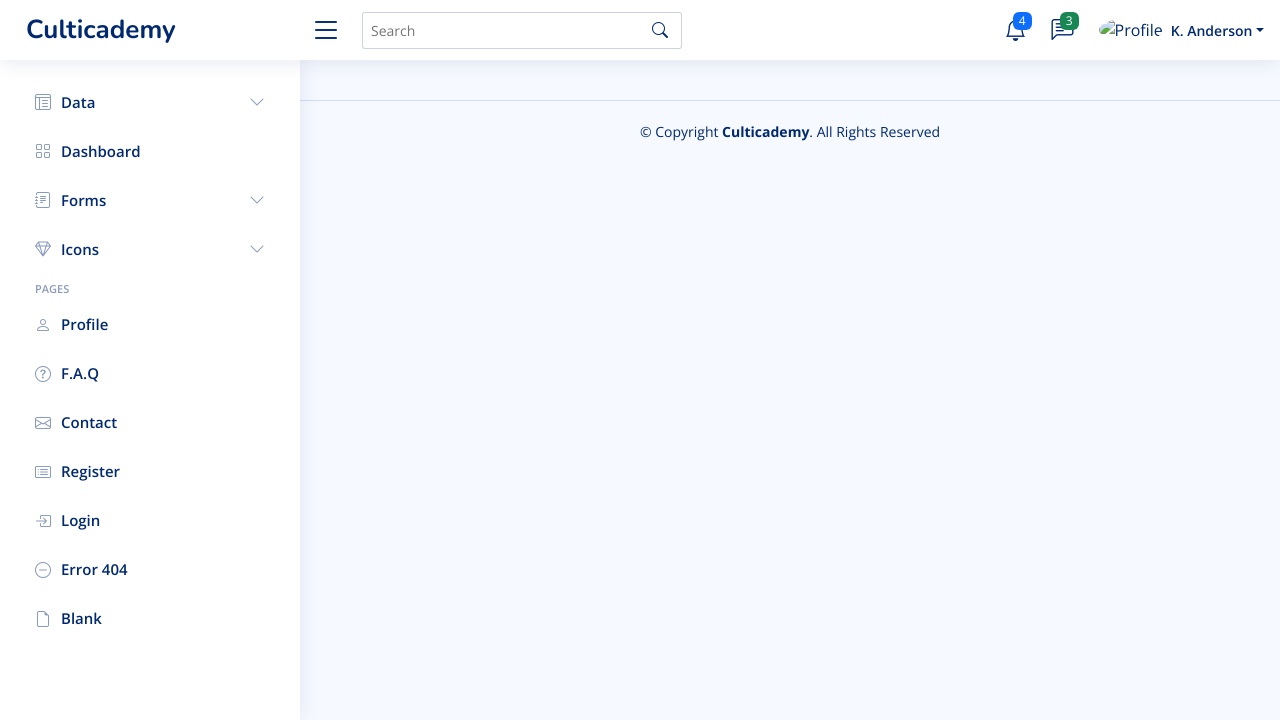
Repository: Jistoper/car_rental
Page: http://localhost/dashboard
An editor plug-in stored every save of this project. The page is shown before and after the next save, followed by the edit.
The browser window is 1280 px wide. The pictures show the whole page.
The page is served by the project's Laravel application, run on PHP 8.4 with Laravel 9. Other server files are loaded and not shown.

Above is the page before, as saved 2023-06-22 12:48:37.

### routes/web.php
<?php

use Illuminate\Support\Facades\Route;
use App\Http\Controllers\carcontroller;

/*
|--------------------------------------------------------------------------
| Web Routes
|--------------------------------------------------------------------------
|
| Here is where you can register web routes for your application. These
| routes are loaded by the RouteServiceProvider within a group which
| contains the "web" middleware group. Now create something great!
|
*/

Route::get('/dashboard', function () {
    return view('backsite.dashboard');
})->name('dashboard');

Route::controller(CarController::class)->as('car.')->group(function(){
    Route::get('/car', 'getall')->name('getall');
    Route::post('/create', 'create')->name('create');
});

### resources/views/backsite/partials/header.blade.php
<header id="header" class="header fixed-top d-flex align-items-center">
    <div class="d-flex align-items-center justify-content-between">
      <a href="{{ route('dashboard') }}" class="logo d-flex align-items-center">
        <img src="assets/img/logo.png" alt="">
        <span class="d-none d-lg-block">Culticademy</span>
      </a>
      <i class="bi bi-list toggle-sidebar-btn"></i>
    </div><!-- End Logo -->

    <div class="search-bar">
      <form class="search-form d-flex align-items-center" method="POST" action="#">
        <input type="text" name="query" placeholder="Search" title="Enter search keyword">
        <button type="submit" title="Search"><i class="bi bi-search"></i></button>
      </form>
    </div><!-- End Search Bar -->

    <nav class="header-nav ms-auto">
      <ul class="d-flex align-items-center">

        <li class="nav-item d-block d-lg-none">
          <a class="nav-link nav-icon search-bar-toggle " href="#">
            <i class="bi bi-search"></i>
          </a>
        </li><!-- End Search Icon-->

        <li class="nav-item dropdown">

          <a class="nav-link nav-icon" href="#" data-bs-toggle="dropdown">
            <i class="bi bi-bell"></i>
            <span class="badge bg-primary badge-number">4</span>
          </a><!-- End Notification Icon -->

          <ul class="dropdown-menu dropdown-menu-end dropdown-menu-arrow notifications">
            <li class="dropdown-header">
              You have 4 new notifications
              <a href="#"><span class="badge rounded-pill bg-primary p-2 ms-2">View all</span></a>
            </li>
            <li>
              <hr class="dropdown-divider">
            </li>

            <li class="notification-item">
              <i class="bi bi-exclamation-circle text-warning"></i>
              <div>
                <h4>Lorem Ipsum</h4>
                <p>Quae dolorem earum veritatis oditseno</p>
                <p>30 min. ago</p>
              </div>
            </li>

            <li>
              <hr class="dropdown-divider">
            </li>

            <li class="notification-item">
              <i class="bi bi-x-circle text-danger"></i>
              <div>
                <h4>Atque rerum nesciunt</h4>
                <p>Quae dolorem earum veritatis oditseno</p>
                <p>1 hr. ago</p>
              </div>
            </li>

            <li>
              <hr class="dropdown-divider">
            </li>

            <li class="notification-item">
              <i class="bi bi-check-circle text-success"></i>
              <div>
                <h4>Sit rerum fuga</h4>
                <p>Quae dolorem earum veritatis oditseno</p>
                <p>2 hrs. ago</p>
              </div>
            </li>

            <li>
              <hr class="dropdown-divider">
            </li>

            <li class="notification-item">
              <i class="bi bi-info-circle text-primary"></i>
              <div>
                <h4>Dicta reprehenderit</h4>
                <p>Quae dolorem earum veritatis oditseno</p>
                <p>4 hrs. ago</p>
              </div>
            </li>

            <li>
              <hr class="dropdown-divider">
            </li>
            <li class="dropdown-footer">
              <a href="#">Show all notifications</a>
            </li>

          </ul><!-- End Notification Dropdown Items -->

        </li><!-- End Notification Nav -->

        <li class="nav-item dropdown">

          <a class="nav-link nav-icon" href="#" data-bs-toggle="dropdown">
            <i class="bi bi-chat-left-text"></i>
            <span class="badge bg-success badge-number">3</span>
          </a><!-- End Messages Icon -->

          <ul class="dropdown-menu dropdown-menu-end dropdown-menu-arrow messages">
            <li class="dropdown-header">
              You have 3 new messages
              <a href="#"><span class="badge rounded-pill bg-primary p-2 ms-2">View all</span></a>
            </li>
            <li>
              <hr class="dropdown-divider">
            </li>

            <li class="message-item">
              <a href="#">
                <img src="assets/img/messages-1.jpg" alt="" class="rounded-circle">
                <div>
                  <h4>Maria Hudson</h4>
                  <p>Velit asperiores et ducimus soluta repudiandae labore officia est ut...</p>
                  <p>4 hrs. ago</p>
                </div>
              </a>
            </li>
            <li>
              <hr class="dropdown-divider">
            </li>

            <li class="message-item">
              <a href="#">
                <img src="assets/img/messages-2.jpg" alt="" class="rounded-circle">
                <div>
                  <h4>Anna Nelson</h4>
                  <p>Velit asperiores et ducimus soluta repudiandae labore officia est ut...</p>
                  <p>6 hrs. ago</p>
                </div>
              </a>
            </li>
            <li>
              <hr class="dropdown-divider">
            </li>

            <li class="message-item">
              <a href="#">
                <img src="assets/img/messages-3.jpg" alt="" class="rounded-circle">
                <div>
                  <h4>David Muldon</h4>
                  <p>Velit asperiores et ducimus soluta repudiandae labore officia est ut...</p>
                  <p>8 hrs. ago</p>
                </div>
              </a>
            </li>
            <li>
              <hr class="dropdown-divider">
            </li>

            <li class="dropdown-footer">
              <a href="#">Show all messages</a>
            </li>

          </ul><!-- End Messages Dropdown Items -->

        </li><!-- End Messages Nav -->

        <li class="nav-item dropdown pe-3">

          <a class="nav-link nav-profile d-flex align-items-center pe-0" href="#" data-bs-toggle="dropdown">
            <img src="assets/img/profile-img.jpg" alt="Profile" class="rounded-circle">
            <span class="d-none d-md-block dropdown-toggle ps-2">K. Anderson</span>
          </a><!-- End Profile Iamge Icon -->

          <ul class="dropdown-menu dropdown-menu-end dropdown-menu-arrow profile">
            <li class="dropdown-header">
              <h6>Kevin Anderson</h6>
              <span>Web Designer</span>
            </li>
            <li>
              <hr class="dropdown-divider">
            </li>

            <li>
              <a class="dropdown-item d-flex align-items-center" href="users-profile.html">
                <i class="bi bi-person"></i>
                <span>My Profile</span>
              </a>
            </li>
            <li>
              <hr class="dropdown-divider">
            </li>

            <li>
              <a class="dropdown-item d-flex align-items-center" href="users-profile.html">
                <i class="bi bi-gear"></i>
                <span>Account Settings</span>
              </a>
            </li>
            <li>
              <hr class="dropdown-divider">
            </li>

            <li>
              <a class="dropdown-item d-flex align-items-center" href="pages-faq.html">
                <i class="bi bi-question-circle"></i>
                <span>Need Help?</span>
              </a>
            </li>
            <li>
              <hr class="dropdown-divider">
            </li>

            <li>
              <a class="dropdown-item d-flex align-items-center" href="#">
                <i class="bi bi-box-arrow-right"></i>
                <span>Sign Out</span>
              </a>
            </li>

          </ul><!-- End Profile Dropdown Items -->
        </li><!-- End Profile Nav -->

      </ul>
    </nav><!-- End Icons Navigation -->
</header>

### resources/views/backsite/partials/sidebar.blade.php
<aside id="sidebar" class="sidebar">

    <ul class="sidebar-nav" id="sidebar-nav">

      <li class="nav-item">
        <a class="sidebar-link nav-link collapsed" data-bs-target="#tables-nav" data-bs-toggle="collapse" href="#">
          <i class="bi bi-layout-text-window-reverse"></i><span>Data</span><i class="bi bi-chevron-down ms-auto"></i>
        </a>
        <ul id="tables-nav" class="nav-content collapse " data-bs-parent="#sidebar-nav">
          <li>
            <a href="{{ route('car.getall') }}">
              <i class="bi bi-circle"></i><span>Cars</span>
            </a>
          </li>
          <li>
            <a href="{{ route('dashboard') }}">
              <i class="bi bi-circle"></i><span>Data Tables</span>
            </a>
          </li>
        </ul>
      </li><!-- End Tables Nav -->

      <li class="nav-item">
        <a class="sidebar-link nav-link collapsed" href="{{ route('dashboard') }}">
          <i class="bi bi-grid"></i>
          <span>Dashboard</span>
        </a>
      </li><!-- End Dashboard Nav -->

      <li class="nav-item">
        <a class="nav-link collapsed" data-bs-target="#forms-nav" data-bs-toggle="collapse" href="#">
          <i class="bi bi-journal-text"></i><span>Forms</span><i class="bi bi-chevron-down ms-auto"></i>
        </a>
        <ul id="forms-nav" class="nav-content collapse " data-bs-parent="#sidebar-nav">
          <li>
            <a href="forms-elements.html">
              <i class="bi bi-circle"></i><span>Form Elements</span>
            </a>
          </li>
          <li>
            <a href="forms-layouts.html">
              <i class="bi bi-circle"></i><span>Form Layouts</span>
            </a>
          </li>
          <li>
            <a href="forms-editors.html">
              <i class="bi bi-circle"></i><span>Form Editors</span>
            </a>
          </li>
          <li>
            <a href="forms-validation.html">
              <i class="bi bi-circle"></i><span>Form Validation</span>
            </a>
          </li>
        </ul>
      </li><!-- End Forms Nav -->

      <li class="nav-item">
        <a class="nav-link collapsed" data-bs-target="#icons-nav" data-bs-toggle="collapse" href="#">
          <i class="bi bi-gem"></i><span>Icons</span><i class="bi bi-chevron-down ms-auto"></i>
        </a>
        <ul id="icons-nav" class="nav-content collapse " data-bs-parent="#sidebar-nav">
          <li>
            <a href="icons-bootstrap.html">
              <i class="bi bi-circle"></i><span>Bootstrap Icons</span>
            </a>
          </li>
          <li>
            <a href="icons-remix.html">
              <i class="bi bi-circle"></i><span>Remix Icons</span>
            </a>
          </li>
          <li>
            <a href="icons-boxicons.html">
              <i class="bi bi-circle"></i><span>Boxicons</span>
            </a>
          </li>
        </ul>
      </li><!-- End Icons Nav -->

      <li class="nav-heading">Pages</li>

      <li class="nav-item">
        <a class="nav-link collapsed" href="users-profile.html">
          <i class="bi bi-person"></i>
          <span>Profile</span>
        </a>
      </li><!-- End Profile Page Nav -->

      <li class="nav-item">
        <a class="nav-link collapsed" href="pages-faq.html">
          <i class="bi bi-question-circle"></i>
          <span>F.A.Q</span>
        </a>
      </li><!-- End F.A.Q Page Nav -->

      <li class="nav-item">
        <a class="nav-link collapsed" href="pages-contact.html">
          <i class="bi bi-envelope"></i>
          <span>Contact</span>
        </a>
      </li><!-- End Contact Page Nav -->

      <li class="nav-item">
        <a class="nav-link collapsed" href="pages-register.html">
          <i class="bi bi-card-list"></i>
          <span>Register</span>
        </a>
      </li><!-- End Register Page Nav -->

      <li class="nav-item">
        <a class="nav-link collapsed" href="pages-login.html">
          <i class="bi bi-box-arrow-in-right"></i>
          <span>Login</span>
        </a>
      </li><!-- End Login Page Nav -->

      <li class="nav-item">
        <a class="nav-link collapsed" href="pages-error-404.html">
          <i class="bi bi-dash-circle"></i>
          <span>Error 404</span>
        </a>
      </li><!-- End Error 404 Page Nav -->

      <li class="nav-item">
        <a class="nav-link collapsed" href="pages-blank.html">
          <i class="bi bi-file-earmark"></i>
          <span>Blank</span>
        </a>
      </li><!-- End Blank Page Nav -->

    </ul>

  </aside><!-- End Sidebar-->

### public/assets/simple-datatables/style.css
.datatable-wrapper.no-header .datatable-container {
	border-top: 1px solid #d9d9d9;
}

.datatable-wrapper.no-footer .datatable-container {
	border-bottom: 1px solid #d9d9d9;
}

.datatable-top,
.datatable-bottom {
	padding: 8px 10px;
}

.datatable-top > nav:first-child,
.datatable-top > div:first-child,
.datatable-bottom > nav:first-child,
.datatable-bottom > div:first-child {
	float: left;
}

.datatable-top > nav:last-child,
.datatable-top > div:last-child,
.datatable-bottom > nav:last-child,
.datatable-bottom > div:last-child {
	float: right;
}

.datatable-selector {
	padding: 6px;
}

.datatable-input {
	padding: 6px 12px;
}

.datatable-info {
	margin: 7px 0;
}

/* PAGER */
.datatable-pagination ul {
	margin: 0;
	padding-left: 0;
}

.datatable-pagination li {
	list-style: none;
	float: left;
}

.datatable-pagination li.datatable-hidden {
    visibility: hidden;
}

.datatable-pagination a {
	border: 1px solid transparent;
	float: left;
	margin-left: 2px;
	padding: 6px 12px;
	position: relative;
	text-decoration: none;
	color: #333;
    cursor: pointer;
}

.datatable-pagination a:hover {
	background-color: #d9d9d9;
}

.datatable-pagination .datatable-active a,
.datatable-pagination .datatable-active a:focus,
.datatable-pagination .datatable-active a:hover {
	background-color: #d9d9d9;
	cursor: default;
}

.datatable-pagination .datatable-ellipsis a,
.datatable-pagination .datatable-disabled a,
.datatable-pagination .datatable-disabled a:focus,
.datatable-pagination .datatable-disabled a:hover {
    pointer-events: none;
    cursor: default;
}

.datatable-pagination .datatable-disabled a,
.datatable-pagination .datatable-disabled a:focus,
.datatable-pagination .datatable-disabled a:hover {
	cursor: not-allowed;
	opacity: 0.4;
}

.datatable-pagination .datatable-pagination a {
	font-weight: bold;
}

/* TABLE */
.datatable-table {
	max-width: 100%;
	width: 100%;
	border-spacing: 0;
	border-collapse: separate;
}

.datatable-table > tbody > tr > td,
.datatable-table > tbody > tr > th,
.datatable-table > tfoot > tr > td,
.datatable-table > tfoot > tr > th,
.datatable-table > thead > tr > td,
.datatable-table > thead > tr > th {
	vertical-align: top;
	padding: 8px 10px;
}

.datatable-table > thead > tr > th {
	vertical-align: bottom;
	text-align: left;
	border-bottom: 1px solid #d9d9d9;
}

.datatable-table > tfoot > tr > th {
	vertical-align: bottom;
	text-align: left;
	border-top: 1px solid #d9d9d9;
}

.datatable-table th {
	vertical-align: bottom;
	text-align: left;
}

.datatable-table th a {
	text-decoration: none;
	color: inherit;
}

.datatable-sorter, .datatable-filter {
	display: inline-block;
	height: 100%;
	position: relative;
	width: 100%;
}

.datatable-sorter::before,
.datatable-sorter::after {
	content: "";
	height: 0;
	width: 0;
	position: absolute;
	right: 4px;
	border-left: 4px solid transparent;
	border-right: 4px solid transparent;
	opacity: 0.2;
}


.datatable-sorter::before {
	border-top: 4px solid #000;
	bottom: 0px;
}

.datatable-sorter::after {
	border-bottom: 4px solid #000;
	border-top: 4px solid transparent;
	top: 0px;
}

.datatable-ascending .datatable-sorter::after,
.datatable-descending .datatable-sorter::before,
.datatable-ascending .datatable-filter::after,
.datatable-descending .datatable-filter::before {
	opacity: 0.6;
}

.datatable-filter::before {
    content: "";
    position: absolute;
    right: 4px;
    opacity: 0.2;
    width: 0;
    height: 0;
    border-left: 7px solid transparent;
    border-right: 7px solid transparent;
	border-radius: 50%;
    border-top: 10px solid #000;
    top: 25%;
}

.datatable-filter-active .datatable-filter::before {
    opacity: 0.6;
}

.datatable-empty {
	text-align: center;
}

.datatable-top::after, .datatable-bottom::after {
	clear: both;
	content: " ";
	display: table;
}

table.datatable-table:focus tr.datatable-cursor > td:first-child {
	border-left: 3px blue solid;
}

table.datatable-table:focus {
	outline: solid 1px black;
    outline-offset: -1px;
}

Loaded but not shown: public/assets/bootstrap/css/bootstrap.min.css (library); public/assets/bootstrap-icons/bootstrap-icons.css (library); public/assets/boxicons/css/boxicons.min.css (library); public/assets/apexcharts/apexcharts.min.js (library); public/assets/bootstrap/js/bootstrap.bundle.min.js (library); public/assets/chart.js/chart.umd.js (library); public/assets/echarts/echarts.min.js (library); public/assets/quill/quill.min.js (library); public/assets/simple-datatables/simple-datatables.js (library); public/assets/tinymce/tinymce.min.js (library); public/js/main.js (321 lines, source omitted); public/assets/php-email-form/validate.js (85 lines, source omitted); public/assets/remixicon/remixicon.css (2526 lines, source omitted); resources/views/backsite/dashboard.blade.php (768 lines, source omitted); public/assets/quill/quill.bubble.css (952 lines, source omitted); public/assets/quill/quill.snow.css (945 lines, source omitted); public/css/style.css (1233 lines, source omitted)

After the next save:
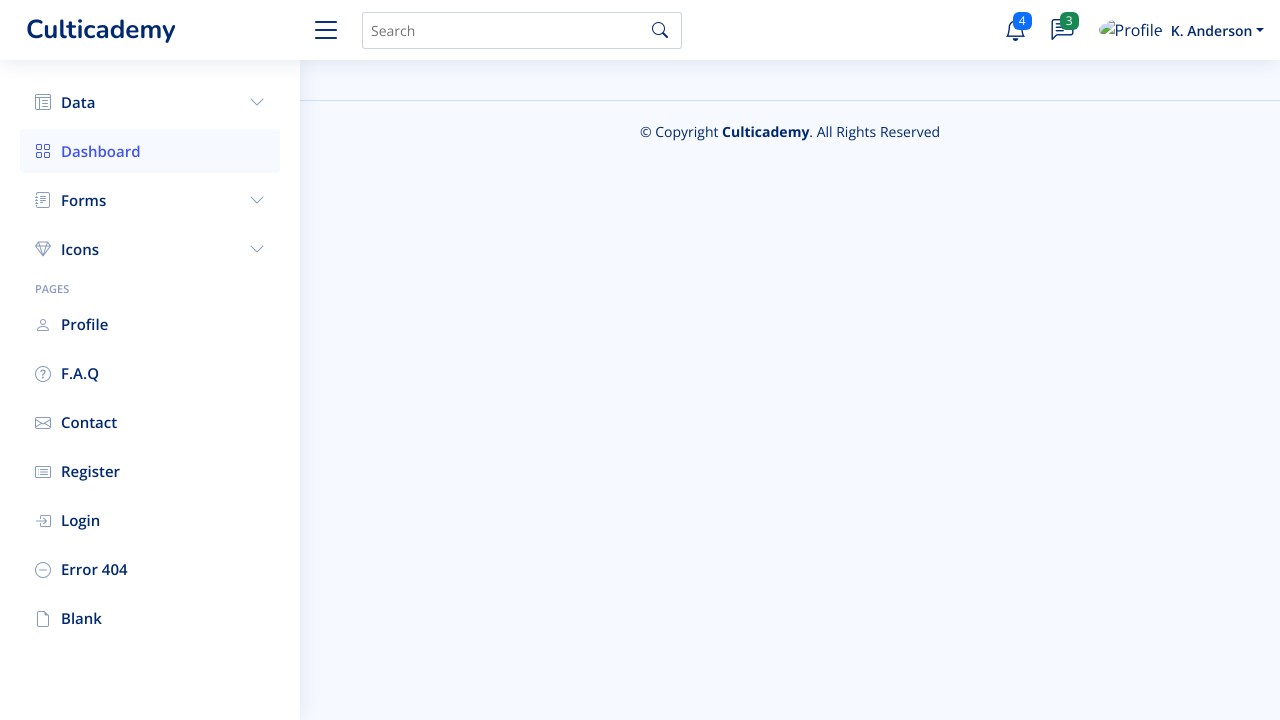
Saved 25 s later.
--- a/resources/views/backsite/partials/sidebar.blade.php
+++ b/resources/views/backsite/partials/sidebar.blade.php
@@ -21,7 +21,7 @@
       </li><!-- End Tables Nav -->
 
       <li class="nav-item">
-        <a class="sidebar-link nav-link collapsed" href="{{ route('dashboard') }}">
+        <a class="sidebar-link nav-link" href="{{ route('dashboard') }}">
           <i class="bi bi-grid"></i>
           <span>Dashboard</span>
         </a>
